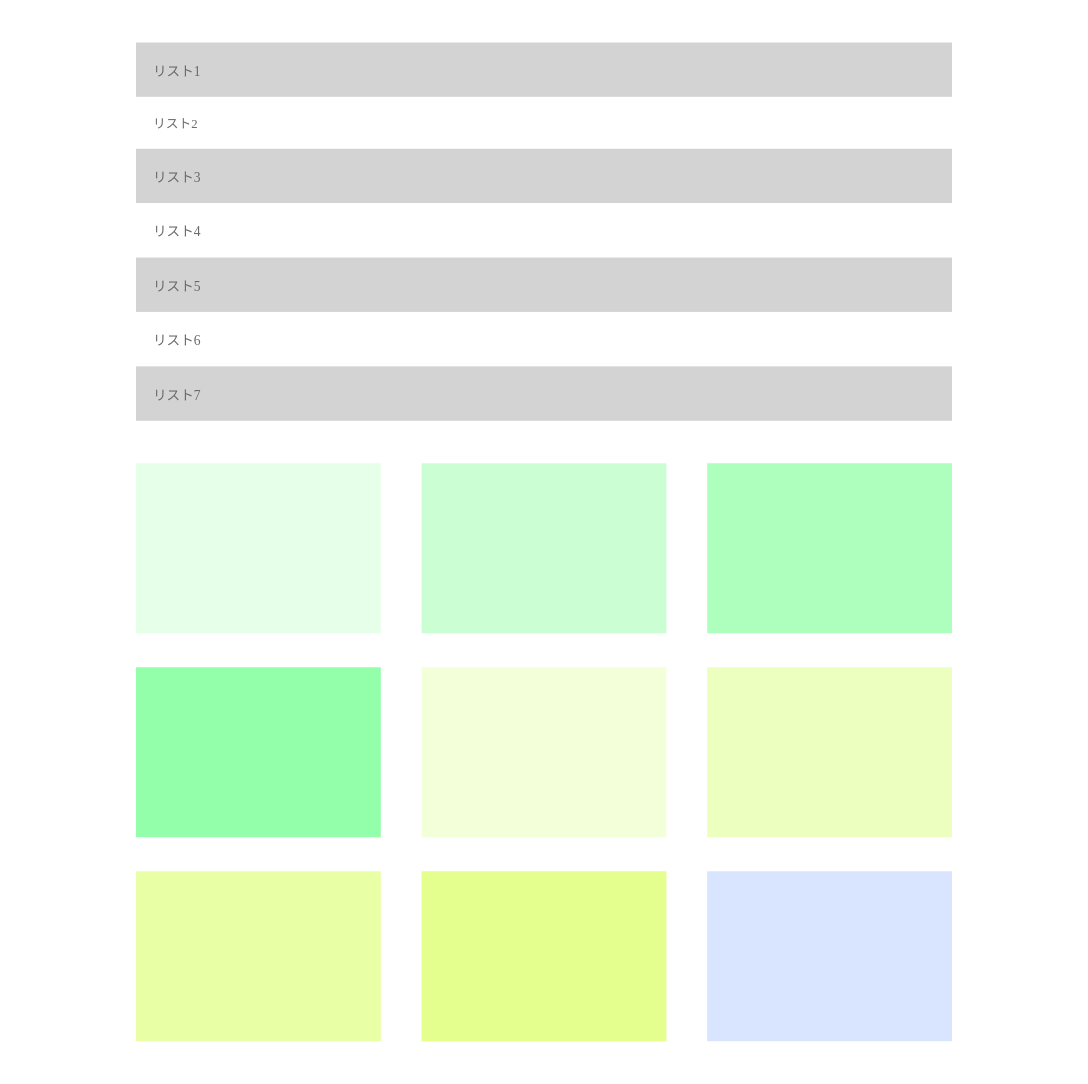
Repository: Raychel-310/chapter10
Page: chapter8_exercise/chapter8_exercise.html
The author's editor kept a record of every edit. The page is drawn from the files as they stood at one moment, then again after the next edit.
The browser window is 1280 px wide. The pictures show the whole page, at 85% of full size.

Above is the page before.

After the next edit:
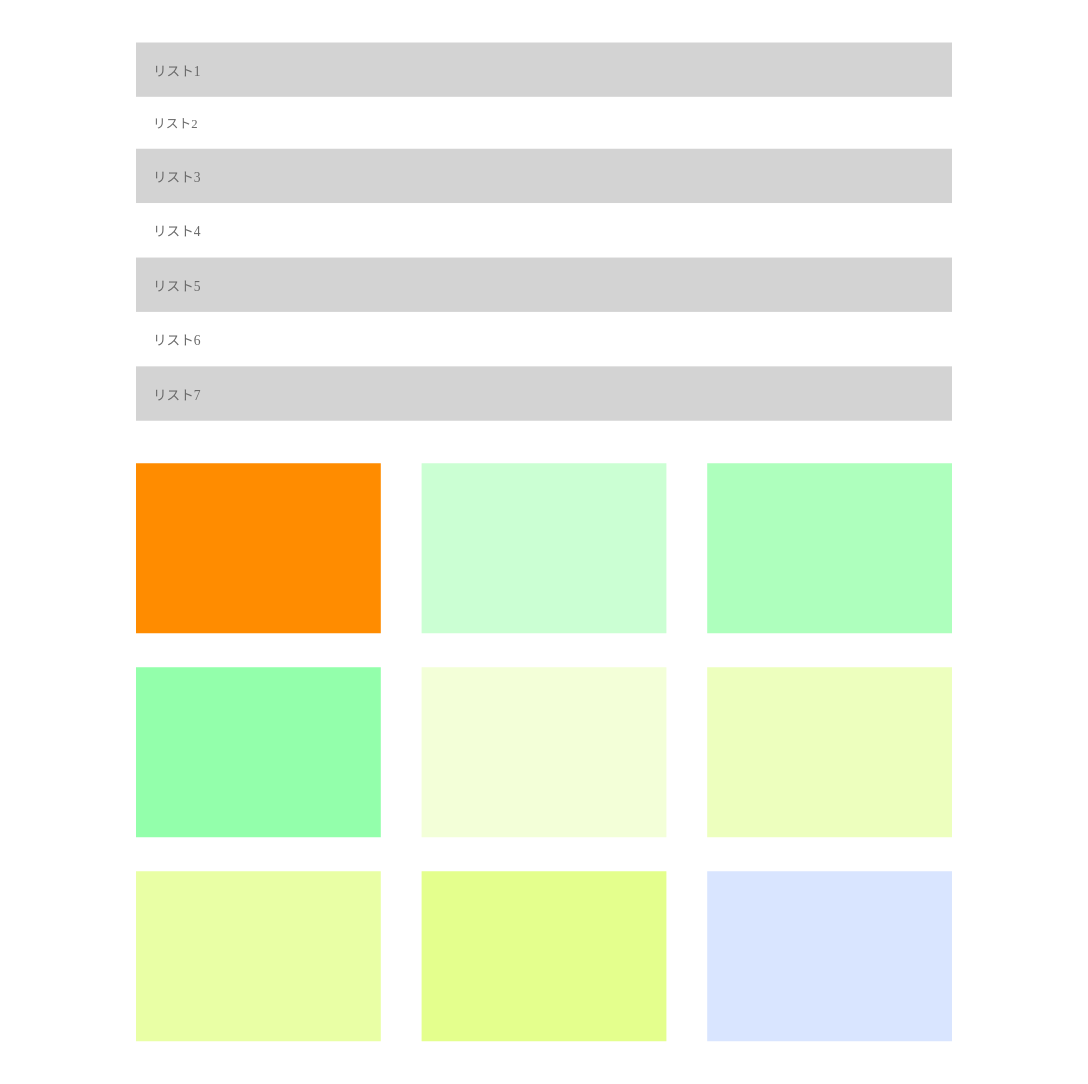
The edit:
--- a/chapter8_exercise/chapter8_exercise.css
+++ b/chapter8_exercise/chapter8_exercise.css
@@ -109,7 +109,7 @@
 .box1 {
   width: 30%;
   height: 200px;
-  background-color: #e6ffe9;
+  background-color: #ff8c00;
   margin-top: 50px;
   margin-right: 5%;
   margin-bottom: 40px;
